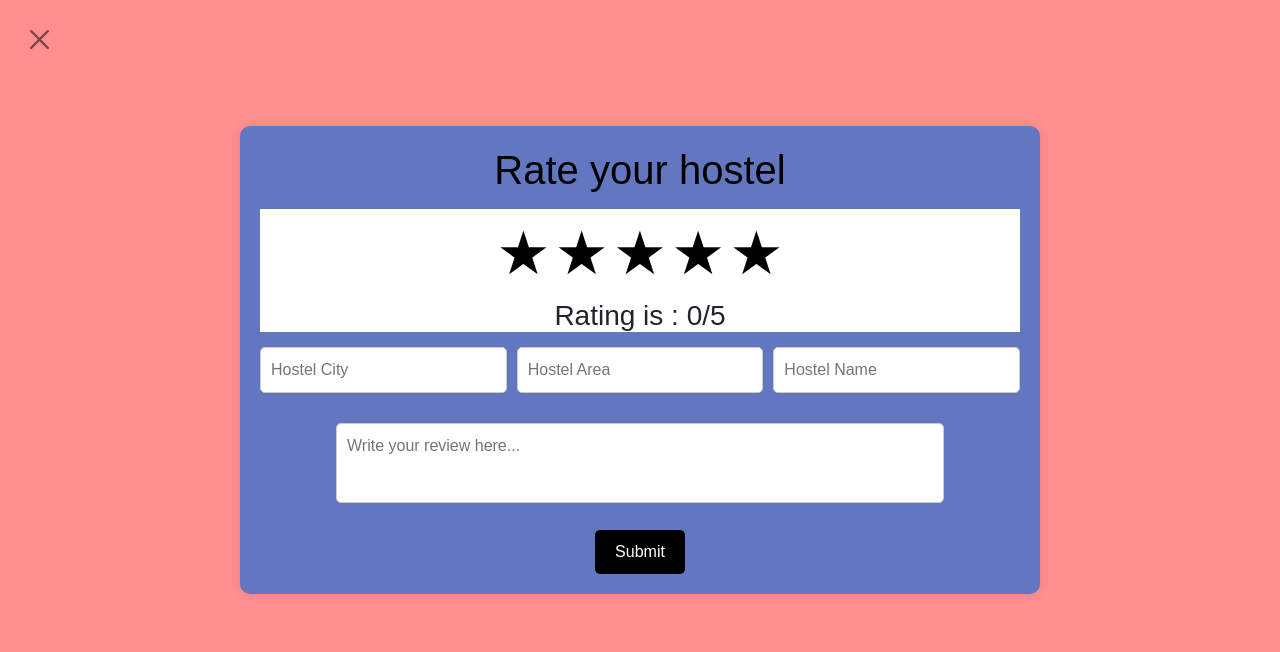
Repository: Sanjana-Inapakolla/Find-your-Roomie-website
Page: http://localhost/MiniProject/Rating.jsp
An editor plug-in stored every save of this project. The page is shown before and after the next save, followed by the edit.
The browser window is 1280 px wide. The pictures show the whole page.
The page is served by Tomcat 10. Other server files are loaded and not shown.

Above is the page before, as saved 2024-11-13 10:47:55.

### mini-project(jfst)/MiniProject/src/main/webapp/Rating.jsp
<%@ page language="java" contentType="text/html; charset=UTF-8" pageEncoding="UTF-8"%>
<!DOCTYPE html>
<html lang="en">
<head>
<meta charset="UTF-8">
<title>Star Rating</title>
<link href="https://cdn.jsdelivr.net/npm/bootstrap@5.3.3/dist/css/bootstrap.min.css" rel="stylesheet" integrity="sha384-QWTKZyjpPEjISv5WaRU9OFeRpok6YctnYmDr5pNlyT2bRjXh0JMhjY6hW+ALEwIH" crossorigin="anonymous">
<style>
    body {
        font-family: Arial, sans-serif;
        display: flex;
        justify-content: center;
        align-items: center;
        height: 100vh;
        margin: 0;
        background-color: #ff8f8f;
    }

    .container {
        width: 800px;
        background-color: #6277bf;
        padding: 20px;
        border-radius: 10px;
        box-shadow: 0 0 10px rgba(0, 0, 0, 0.1);
        text-align: center;
    }

    .reviews{
       background-color: #ffffff;
    }

    h1 {
        color: #000000;
        margin-bottom: 15px;
    }

    .star {
        font-size: 60px;
        cursor: pointer;
        color: #000000;
        transition: color 0.3s ease;
    }

    .star.one { color: red; }
    .star.two { color: red; }
    .star.three { color: orange; }
    .star.four { color: green; }
    .star.five { color: green; }

    .hostel-info {
        display: flex;
        gap: 10px;
        margin: 15px 0;
    }

    .hostel-info input[type="text"] {
        flex: 1;
        padding: 10px;
        border: 1px solid #ccc;
        border-radius: 5px;
    }

    #review_text {
        width: 80%;
        height: 80px;
        padding: 10px;
        border: 1px solid #ccc;
        border-radius: 5px;
        margin-top: 15px;
        resize: none;
    }

    #submitbutton {
        margin-top: 20px;
        padding: 10px 20px;
        border: none;
        border-radius: 5px;
        background-color: #000000;
        color: #fff;
        cursor: pointer;
        font-size: 16px;
        transition: background-color 0.3s ease;
        display: block;
        margin-left: auto;
        margin-right: auto;
    }

    #submitbutton:hover {
        background-color: #555;
    }
     .btn-close {
    position: absolute;
    top: 20px;
    left: 20px;
    width: 30px;
    height: 30px;
    font-size: 1.2rem;
  }
</style>

</head>
<body>
<button type="button" class="btn-close" aria-label="Close" onclick="window.location.href='home.html';"></button>
    <div class="container">
        <h1>Rate your hostel</h1>

        <div class="reviews">
            <!-- Star Rating -->
            <span onclick="rating(1)" class="star">★</span>
            <span onclick="rating(2)" class="star">★</span>
            <span onclick="rating(3)" class="star">★</span>
            <span onclick="rating(4)" class="star">★</span>
            <span onclick="rating(5)" class="star">★</span>
            <h3 id="output">Rating is : 0/5</h3>
        </div>

        <!-- Hostel Information -->
        <form action="Review" method="post">
            <div class="hostel-info">
                <input type="text" name="hostel-city" placeholder="Hostel City" required>
                <input type="text" name="hostel-area" placeholder="Hostel Area" required>
                <input type="text" name="hostel-name" placeholder="Hostel Name" required>
            </div>

            <!-- Review Text Box -->
            <textarea id="review_text" name="reviewText" placeholder="Write your review here..." required></textarea>

            <!-- Submit Button -->
            <button type="submit" id="submitbutton">Submit</button>
        </form>
    </div>

    <script type="text/javascript">
        const stars = document.querySelectorAll(".star");
        const output = document.getElementById("output");

        function rating(n) {
            removeHighlight();
            for (let i = 0; i < n; i++) {
                let cls = "";
                if (n == 1 || n == 2) cls = "one";
                else if (n == 3) cls = "three";
                else cls = "five";

                stars[i].classList.add(cls);
            }
            output.innerText = "Rating is: " + n + "/5";
        }

        function removeHighlight() {
            stars.forEach(star => star.className = "star");
        }
    </script>
    <script src="https://cdn.jsdelivr.net/npm/bootstrap@5.3.3/dist/js/bootstrap.bundle.min.js" integrity="sha384-YvpcrYf0tY3lHB60NNkmXc5s9fDVZLESaAA55NDzOxhy9GkcIdslK1eN7N6jIeHz" crossorigin="anonymous"></script>
</body>
</html>

After the next save:
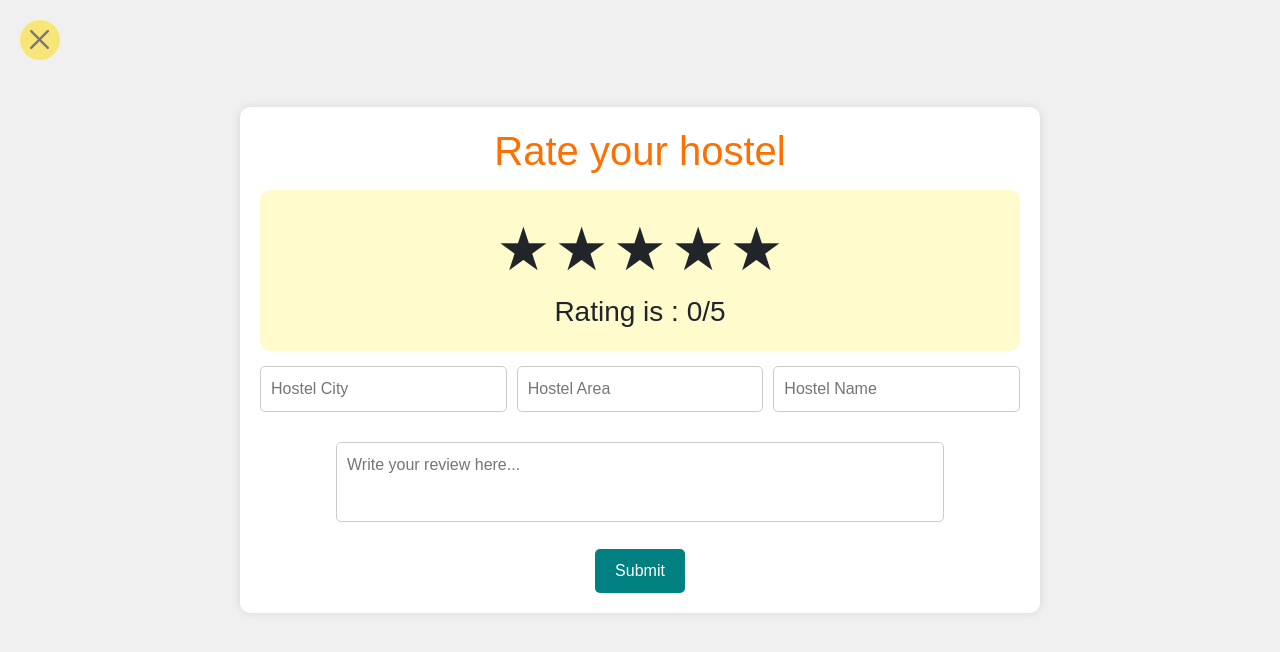
Saved 5 min 41 s later.
--- a/mini-project(jfst)/MiniProject/src/main/webapp/Rating.jsp
+++ b/mini-project(jfst)/MiniProject/src/main/webapp/Rating.jsp
@@ -13,39 +13,47 @@
         align-items: center;
         height: 100vh;
         margin: 0;
-        background-color: #ff8f8f;
+        background-color: #F0F0F0; /* Light gray */
     }
 
     .container {
         width: 800px;
-        background-color: #6277bf;
+        background-color: #FFFFFF; /* White background for container */
         padding: 20px;
         border-radius: 10px;
         box-shadow: 0 0 10px rgba(0, 0, 0, 0.1);
         text-align: center;
     }
 
-    .reviews{
-       background-color: #ffffff;
+    .reviews {
+        background-color: #FFFBCC; /* Soft yellow for review section */
+        padding: 15px;
+        border-radius: 10px;
     }
 
     h1 {
-        color: #000000;
+        color: #FF6F00; /* Vibrant orange */
         margin-bottom: 15px;
     }
 
     .star {
         font-size: 60px;
         cursor: pointer;
-        color: #000000;
         transition: color 0.3s ease;
     }
 
-    .star.one { color: red; }
-    .star.two { color: red; }
-    .star.three { color: orange; }
-    .star.four { color: green; }
-    .star.five { color: green; }
+    /* Star color based on ratings */
+    .star.one, .star.two {
+        color: #FF6F00; /* Orange for low ratings */
+    }
+
+    .star.three {
+        color: #FFDD00; /* Yellow for medium ratings */
+    }
+
+    .star.four, .star.five {
+        color: #008080; /* Teal for high ratings */
+    }
 
     .hostel-info {
         display: flex;
@@ -75,8 +83,8 @@
         padding: 10px 20px;
         border: none;
         border-radius: 5px;
-        background-color: #000000;
-        color: #fff;
+        background-color: #008080; /* Teal for the button */
+        color: #FFFFFF; /* White text */
         cursor: pointer;
         font-size: 16px;
         transition: background-color 0.3s ease;
@@ -86,16 +94,25 @@
     }
 
     #submitbutton:hover {
-        background-color: #555;
+        background-color: #FF6F00; /* Orange on hover */
     }
-     .btn-close {
-    position: absolute;
-    top: 20px;
-    left: 20px;
-    width: 30px;
-    height: 30px;
-    font-size: 1.2rem;
-  }
+
+    .btn-close {
+        position: absolute;
+        top: 20px;
+        left: 20px;
+        width: 30px;
+        height: 30px;
+        font-size: 1.2rem;
+        background-color: #FFDD00; /* Yellow close button */
+        border: none;
+        cursor: pointer;
+        border-radius: 50%;
+    }
+
+    .btn-close:hover {
+        background-color: #FF6F00; /* Orange on hover */
+    }
 </style>
 
 </head>
